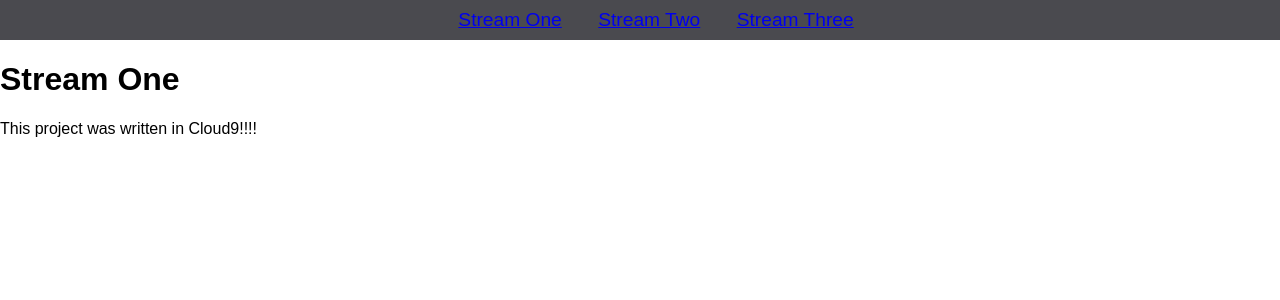
Repository: amybru/my-first-website
Page: stream-one.html
The author's editor kept a record of every edit. The page is drawn from the files as they stood at one moment, then again after the next edit.
The browser window is 1280 px wide. The pictures show the whole page.

Above is the page before.

After the next edit:
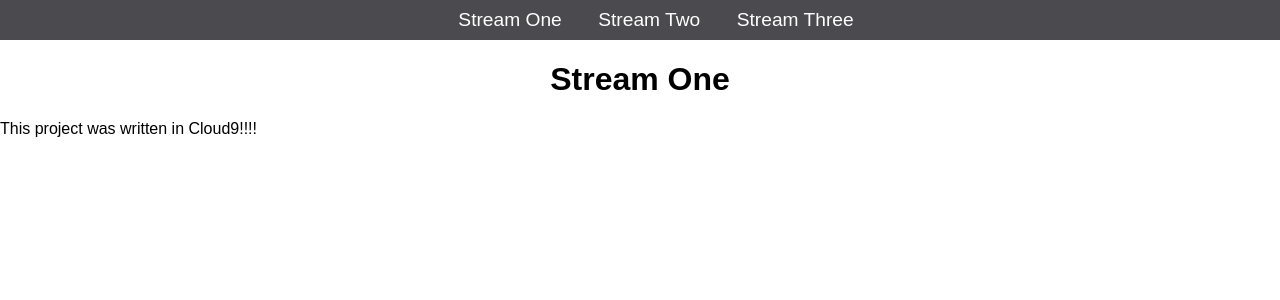
The edit:
--- a/css/style.css
+++ b/css/style.css
@@ -19,3 +19,32 @@ nav li {
     display: inline-block;
     margin-left: 2.5%
 }
+
+nav a {
+    text-decoration: none;
+    color: #ffffff;
+    display: block;
+}
+
+nav a:hover {
+    background-color: #ffffff;
+    color: #4a4a4f;
+}
+
+.card {
+    float: left;
+    width: 20%;
+    margin-left: 10%;
+}
+
+.card a {
+    text-align: center;
+}
+
+img {
+    width: 100%;
+}
+
+h1 {
+    text-align: center;
+}
